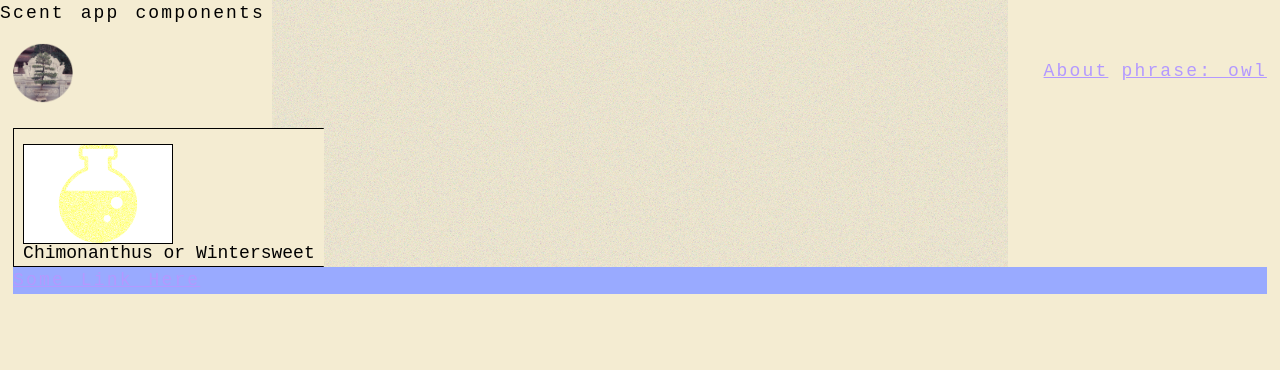
Repository: magiai/scent-app
Page: /
An editor plug-in stored every save of this project. The page is shown before and after the next save, followed by the edit.
The browser window is 1280 px wide. The pictures show the whole page.
The project was rebuilt for these pictures with package versions that can differ from the ones it lists, and the page was loaded fresh each time. The framework's server and built-in components were replaced by stand-ins that run in the browser.

Above is the page before, as saved 2022-11-30 11:40:27.

### pages/_app.tsx

import { Provider } from 'react-redux';
import type { AppProps } from 'next/app';
import { store } from '../app/store';
import '../styles/variables.css';
import '../styles/global.css';

function MyApp({ Component, pageProps
}: AppProps) {
    return (
        <Provider store={store}>
            <Component {...pageProps} />
        </Provider>
    )
}

export default MyApp

### pages/_document.js
import { Html, Head, Main, NextScript } from "next/document";

export default function Document() {
    return (
        <Html lang="en">
        <Head>
            <meta charset="utf-8" />
            <meta httpEquiv="X-UA-Compatible" content="IE=edge" />
            <meta name=" theme-color" content="#fff" />
            <meta name="viewport" content="width=device-width, initial-scale=1" />
            <meta name="robots" content="noindex, nofollow" />

            <title key="title">Scent app components</title>
            <link rel="icon" href="/favicon.ico"></link>
            <meta name="description" content="Application description"></meta>

            <noscript>Scent app components</noscript>
        </Head>
        <body>
            <svg
                class="svg__background"
                width='100%'
                height='100%'
                viewBox='0 0 100 100' xmlns='http://www.w3.org/2000/svg'>
                <filter id='noiseFilter' x="-75%" y="-100%" width="250%" height="300%">
                    <feTurbulence
                                type='fractalNoise'
                                baseFrequency='5'
                                numOctaves='10'
                                seed="10"
                                stitchTiles='stitch'/>
                </filter>

                <rect width='100%' height='100%' filter='url(#noiseFilter)'/>
            </svg>
            <Main />
            <NextScript />
        </body>
    </Html>
    )
}

### pages/index.tsx
import Head from 'next/head';
import Layout from '../components/Layout';
import { Scent } from '../components/scent/Scent';

export default function Home() {
  return (
    <Layout>
      <Head>
        <title key="title">Home</title>
      </Head>

      <main>
        <Scent
                // visibleBottle = {true}
                liquidColor="yellow"
                label = "Chimonanthus or Wintersweet" />
      </main>

    </Layout>
  )
}

### app/store.ts
import searchEngineReducer from '../components/search/searchSlice';

import {
    Action,
    configureStore,
    ThunkAction,
  } from '@reduxjs/toolkit';

  export const store = configureStore({
    reducer: {
        searchEngine: searchEngineReducer,
    },
  });

  export type AppDispatch = typeof store.dispatch;
  export type RootState = ReturnType<typeof store.getState>;
  export type AppThunk<ReturnType = void> = ThunkAction<
     ReturnType,
     RootState,
     unknown,
     Action<string>
   >;

### styles/variables.css
:root {
    --font-family--base: 'Courier New', Courier, monospace;;
    --color--white: white;
    --color--black: black;
    --color--transparent: rgba(0, 0, 0, 0);

    --hue--base: 255;
    --saturation--base: 100%;
    --lightness--base: 80%;
    --opacity--base: 1;
    --color--lighten: 5%;
    --color--darken: 10%;
    --color--primary: hsla(var(--hue--base), var(--saturation--base), var(--lightness--base), var(--opacity--base));
    --color--primary--active: hsla(var(--hue--base),
                                    var(--saturation--base),
                                    calc(var(--lightness--base) + var(--color--lighten)),
                                    var(--opacity--base));

    --hue--secondary: 46;
    --saturation--secondary: 61%;
    --lightness--secondary: 89%;
    --color--secondary: hsla(var(--hue--secondary), var(--saturation--secondary), var(--lightness--secondary), var(--opacity--base));
    --color--secondary--active: hsla(var(--hue--secondary),
                                var(--saturation--secondary),
                                calc(var(--lightness--secondary) + var(--color--lighten)),
                                var(--opacity--base));

    --hue--error: 360;
    --hue--success: 130;
    --hue--information: 230;
    --color--disabled: hsla(var(--hue--information), 0, calc(var(--lightness--base) - var(--color--darken)), var(--opacity--base));
    --color--information: hsla(var(--hue--information), var(--saturation--base), var(--lightness--base), var(--opacity--base));
    --color--success: hsla(var(--hue--success), var(--saturation--base), var(--lightness--base), var(--opacity--base));
    --color--error: hsla(var(--hue--error), var(--saturation--base), var(--lightness--base), var(--opacity--base));

    --background-color: var(--color--secondary);

    --spacing__ratio: 1.414;
    --spacing__ratio--desktop: 1.618;
    --space--base: 0.5rem;
    --space--xs: var(--space--base);
    --space--s: calc(var(--space--xs) * var(--spacing__ratio));
    --space--m: calc(var(--space--s) * var(--spacing__ratio));
    --space--l: calc(var(--space--m) * var(--spacing__ratio));
    --space--xl: calc(var(--space--l) * var(--spacing__ratio));

    --font-size__ratio: 1.20;
    --font-size__ratio--desktop: 1.333;
    --font-size--base: 1.8rem;
    --font-size--h4: calc(var(--font-size--base) * var(--font-size__ratio));
    --font-size--h3: calc(var(--font-size--h4) * var(--font-size__ratio));
    --font-size--h2: calc(var(--font-size--h3) * var(--font-size__ratio));
    --font-size--h1: calc(var(--font-size--h2) * var(--font-size__ratio));

    --input__height: 4rem;
    --input__border__width: 0.1rem;
    --input__border__style: solid;
    --input__border__color: var(--color--primary);
    --input__border: var(--input__border__width) var(--input__border__style) var(--input__border__color);
    --form-control__color: var(--color--secondary);
    --select__height: 3.4rem;
    --select--focus__color: var(--color--primary);
    --select__arrow__color: var(--input__border__color);

    --svg__button__width: 15rem;
    --svg__button__height: 10rem;
    --button__border__width: 0.1rem;
    --button--svg__label__height: 4.6rem;
}

@media only screen and (min-width: 768px) {
    :root {
        --font-size__ratio: var(--font-size__ratio--desktop);
        --spacing__ratio: var(--spacing__ratio--desktop);
    }
}

### styles/global.css
html {
    font-size: 62.5%;
}

*,
*:before,
*:after {
    box-sizing: border-box;
}

body {
    font-family: var(--font-family--base);
    font-size: var(--font-size--base);
    line-height: 1.5;
	letter-spacing: 0.12em;
	word-spacing: 0.16em;
    color: var(--color--black);
    background-color: var(--background-color);
    margin: 0;
    position: relative;
}

@media (prefers-reduced-motion: reduce) {
	*,
	*::before,
	*::after {
		animation-duration: 0.01ms !important;
		animation-iteration-count: 1 !important;
		transition-duration: 0.01ms !important;
		scroll-behavior: auto !important;
	}
}

.svg__background {
	position: absolute;
	top: 0;
	left: 0;
	opacity: 0.4;
    z-index: -1;
}

p,
li,
h1, h2, h3, h4, h5 {
  overflow-wrap: break-word;
  hyphens: auto;
  margin-bottom: 0.65em;
}

h1 {
    font-size: var(--font-size--h1);
}

h2 {
    font-size: var(--font-size--h2);
}

h3 {
    font-size: var(--font-size--h3);
}

h4 {
    font-size: var(--font-size--h4);
}

h5 {
    font-size: var(--font-size--h5);
}

a {
    color: var(--color--primary);
    padding-top: var(--space--s);
    padding-bottom: var(--space--s);
}

a:hover, a:active, a:focus {
    color: var(--color--primary--active);
}

button {
    font-size: max(var(--font-size--base), 1em);
    font-family: inherit;
    padding: 0.25em 0.5em;
    background-color: var(--color--secondary);
    border-radius: 0.1rem;
    border: var(--button__border);
    line-height: 1;
}

### components/Layout.tsx
import React from 'react';
import Footer from './Footer';
import Header from './Header';
import styles from './layout.module.css'

export default function Layout({
  children,
  home
}: {
  children: React.ReactNode
  home?: boolean
}) {
    return (
        <div className = {styles.container}>
            <Header/>
            {children}
            <Footer/>
        </div>
    );
}

### components/scent/Scent.tsx
import React from 'react';
import styles from './scent.module.css';

interface ScentProps {
    // visibleBottle: boolean;
    liquidColor: string;
    label: string;
  /**
   * Optional click handler
   */
  onClick?: () => void;
}

export const Scent = ({
    // visibleBottle,
    liquidColor,
    label,
    ...props
}: ScentProps) => {
    //check with useContext
    // const mode: string = visibleBottle ? 'bottle--visible' : 'bottle--hidden';

    return (
    <>
        <button
            type="button"
            className={ styles['button--scent'] }
            {...props}>

            <svg
                className={ styles['svg--bottle'] }
                xmlns="http://www.w3.org/2000/svg"
                version="1.1"
                x="0px"
                y="0px"
                viewBox="0 0 362.664 362.664">

                <filter id='noiseFilter' x="-10%" y="-10%" width="120%" height="120%">
                    <feTurbulence
                        type='fractalNoise'
                        baseFrequency='5'
                        numOctaves='10'
                        seed="10"
                        stitchTiles='stitch'
                    />
                </filter>

                <mask id="gradient-mask">
                    <rect width='100%' height='100%' filter='url(#noiseFilter)'/>
                </mask>

                <path id="bottle__path"
                    fill={ liquidColor }
                    d="M326.197,217.684c0-14.664-2.472-29.243-7.346-43.334l-1.63-4.711h-0.119c-4.807-12.383-11.477-24.266-19.923-35.369     c-16.07-21.126-37.974-38.302-62.301-48.985c-1.015-0.446-3.057-1.059-3.057-4.892l-0.392-25.177h6.549     c8.759,0,15.886-7.126,15.886-15.885V15.886C253.864,7.127,246.738,0,237.978,0H125.686c-8.759,0-15.885,7.127-15.885,15.886     v23.445c0,8.759,7.126,15.885,15.885,15.885h5.625L131.23,80.06c0,3.75-2.221,4.689-3.323,5.172     c-24.308,10.644-46.197,27.762-62.283,48.842c-8.515,11.159-15.232,23.107-20.067,35.564h-0.119l-1.629,4.712     c-4.872,14.089-7.342,28.668-7.342,43.333c0,0.018,0,0.036,0,0.053c0,0.021,0,0.042,0,0.063     c0,79.879,64.986,144.865,144.865,144.865s144.865-64.986,144.865-144.865c0-0.021,0-0.042,0-0.063     C326.197,217.72,326.197,217.702,326.197,217.684z M202.109,272.231c0-7.348,5.957-13.305,13.305-13.305     s13.305,5.957,13.305,13.305s-5.957,13.305-13.305,13.305S202.109,279.579,202.109,272.231z M228.718,213.922     c0-12.15,9.85-22,22-22s22,9.85,22,22s-9.85,22-22,22S228.718,226.072,228.718,213.922z M140.66,95.165     c0,0,4.543-2.022,4.543-7.522c0-9.792,0.127-27.917,0.127-39.166c0-7.5-6.831-7.261-6.831-7.261h-12.813     c-1.022,0-1.885-0.863-1.885-1.885V15.886c0-1.022,0.863-1.886,1.885-1.886h112.292c1.022,0,1.886,0.864,1.886,1.886v23.445     c0,1.022-0.864,1.885-1.886,1.885h-13.146c0,0-7.473,0.552-7.473,8.929c0,10.874,0.592,28.679,0.592,38.241     c0,5.757,4.469,6.934,4.469,6.934c32.593,12.269,59.116,36.124,74.668,64.853c1.679,3.102,4.577,9.466-4.089,9.466h-225.5     c-6.833,0-3.513-6.596-1.764-9.807C81.372,131.122,107.979,107.339,140.66,95.165z"
                    mask='url(#gradient-mask)'></path>
            </svg>

            <span className="button--svg__label">{ label }</span>
        </button>
    </>
    );
};

### components/search/searchSlice.ts
import {
    createSlice,
    PayloadAction,
  } from '@reduxjs/toolkit';
  import type { RootState } from '../../app/store';

  export type SearchEngineState = {
    value: string;
  };

  const initialState: SearchEngineState = {
    value: 'owl',
  };

  export const searchEngineSlice = createSlice({
    name: 'searchEngine',
    initialState,

    reducers: {

      setSearchedPhrase: (state, action: PayloadAction<string>) => {
        state.value = action.payload;
      },
    },
  });

  export const {
    setSearchedPhrase,
  } = searchEngineSlice.actions;

  export const selectSearch = (state: RootState) => state.searchEngine.value;

  export default searchEngineSlice.reducer;

### components/footer.js
import styles from './footer.module.css';

export default function Footer() {

    return(
        <footer className = {styles.footer}>
            <a
            href="https://vercel.com?utm_source=create-next-app&utm_medium=default-template&utm_campaign=create-next-app"
            target="_blank"
            rel="noopener noreferrer"
            >
            Some Link Here
            </a>
      </footer>
    );
}

### components/Header.tsx
import Link from 'next/link';
import Image from 'next/image';
import styles from './header.module.css';
import { useAppSelector } from '../app/hooks';
import { selectSearch } from './../components/search/searchSlice';

export default function Header() {
    const selectPhrase = useAppSelector(selectSearch);

    return (
        <header className = {styles.header}>
            <nav className = {styles.navigation}>
                <Link href="/">
                    <a>
                        <Image
                            src = "/images/logo.png"
                            height = {60}
                            width = {60}
                            alt = "Logo"
                        />
                    </a>
                </Link>
                <ul className = { styles.navigationList }>
                    <li>
                        <Link href="/about">
                            <a>About</a>
                        </Link>
                    </li>
                    <li>
                        <Link href="/about">
                            <a>phrase: {selectPhrase} </a>
                        </Link>
                    </li>
                </ul>
            </nav>
        </header>
    );
}

### components/layout.module.css
.container {
    padding-left: var(--space--m);
    padding-right: var(--space--m);
}

### components/scent/scent.module.css
/* :root {
    --svg__button__width: 15rem;
    --svg__button__height: 10rem;
    --button__border__width: 0.1rem;
    --button--svg__label__height: 4.6rem;
} */


.svg--bottle,
.button--scent {
    border-top-width: var(--button__border__width);
    border-left-width: var(--button__border__width);
    border-bottom-width: var(--button__border__width);
    border-color: black;
    border-style: solid;
}

.button--scent {
    border-right-width: 0rem;
    color: black;
    transition-property: transform;
    transition-duration: 250ms;
    transition-timing-function: ease-out;
}

.button--scent:active,
.button--scent:focus,
.button--scent:hover {
    background-color: rgba(87, 69, 58, 0.7);
}

.button--scent:active #bottle__path,
.button--scent:focus #bottle__path,
.button--scent:hover #bottle__path {
    transform: rotateZ(20deg) translateX(20%) translateY(-30%);
}

svg.svg--bottle {
    display: flex;
    width: var(--svg__button__width);
    height: var(--svg__button__height);
    margin-top: 1rem;
    background-color: white;
    border-right-width: var(--button__border__width);
}

#bottle__path {
    stroke: black;
    stroke-width: 0.3rem;
}

.button--svg__label {
    border: 1px solid black;
    height: var(--button--svg__label__height);
    width: var(--svg__button__width);
    margin-top: var(--space--xs);
    background-color: white;
    display: -webkit-box;
    -webkit-line-clamp: 2;
    -webkit-box-orient: vertical;
    overflow: hidden;
    padding-top: var(--space--xs);
    padding-bottom: calc(var(--space--xs) / 2);
    /* text-shadow: 0px 0px 0.2rem black, -0.05rem -0.05rem 0.02rem; */
    transition-property: height;
    transition-duration: 200ms;
    transition-timing-function: ease-in;
}

.button--svg__label:hover {
    height: auto;
    min-height: var(--button--svg__label__height);
    overflow: visible;
    -webkit-line-clamp: 5;
}

### components/footer.module.css
.footer {
    background-color: var(--color--information);
}

### components/header.module.css
.header {
    padding-top: var(--space--s);
    padding-bottom: var(--space--s);
}

.navigation {
    width: 100%;
    display: flex;
    flex-direction: row;
    justify-content: space-between;
    align-items: center;
}

.navigationList {
    display: flex;
}

.navigationList li {
    list-style: none;
}

.navigationList li:not(:last-of-type) {
    margin-right: var(--space--m);
}

### app/hooks.ts
import {
    TypedUseSelectorHook,
    useDispatch,
    useSelector,
  } from 'react-redux';
  import type {
    AppDispatch,
    RootState,
  } from './store';

  export const useAppDispatch = () => useDispatch<AppDispatch>();
  export const useAppSelector: TypedUseSelectorHook<RootState> = useSelector;

After the next save:
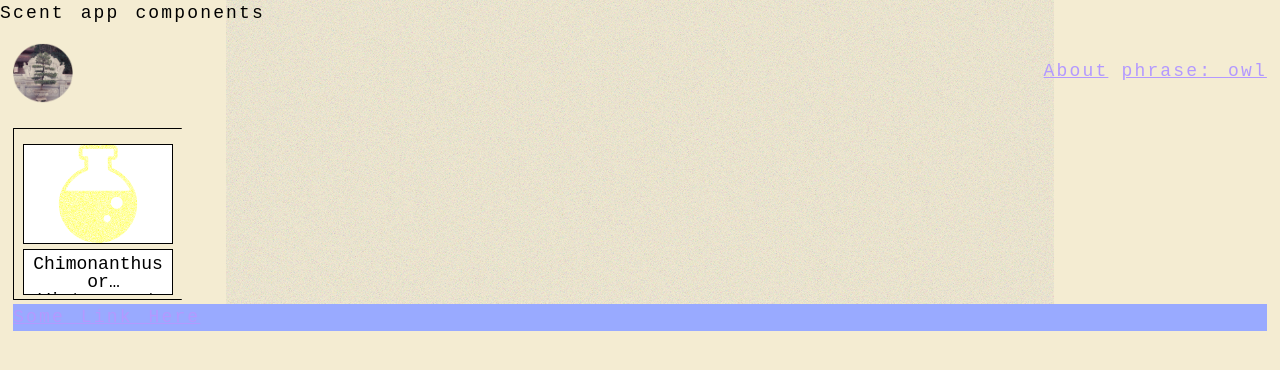
Saved 74 s later.
--- a/components/scent/Scent.tsx
+++ b/components/scent/Scent.tsx
@@ -55,7 +55,7 @@ export const Scent = ({
                     mask='url(#gradient-mask)'></path>
             </svg>
 
-            <span className="button--svg__label">{ label }</span>
+            <span className={ styles['button--svg__label'] }>{ label }</span>
         </button>
     </>
     );
